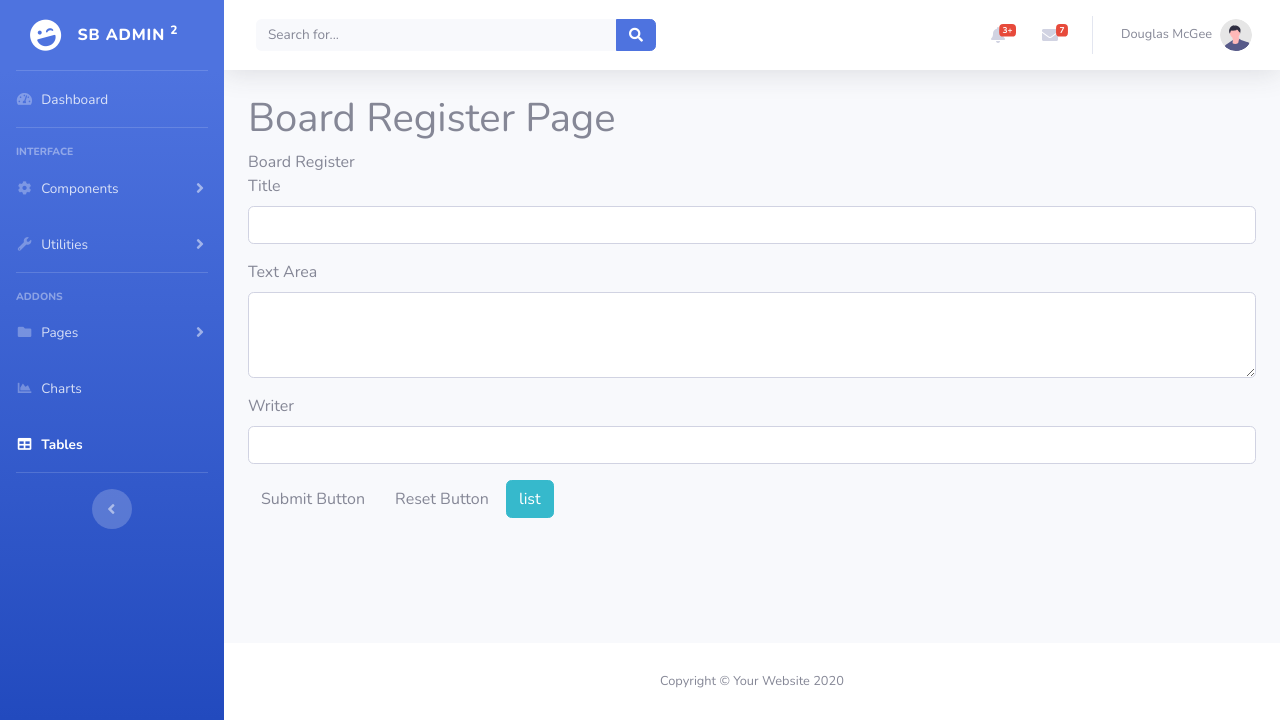
Repository: rlarmsdn2999/SpringWebProject
Page: http://localhost/board2/WEB-INF/views/board/register.jsp
An editor plug-in stored every save of this project. The page is shown before and after the next save, followed by the edit.
The browser window is 1280 px wide. The pictures show the whole page.
The page is served by Tomcat 9. Nobody is signed in. Other server files are loaded and not shown. The template is opened directly, without the code that normally fills it, so the values that code supplies are empty.

Above is the page before, as saved 2023-02-24 07:02:58.

### board2/src/main/webapp/WEB-INF/views/board/register.jsp
<%@ page language="java" contentType="text/html; charset=UTF-8"
pageEncoding="UTF-8" %>
<%@ taglib uri="http://java.sun.com/jsp/jstl/core" prefix="c" %>
<%@ taglib uri="http://java.sun.com/jsp/jstl/fmt" prefix="fmt" %>

<%@include file="../includes/header.jsp" %>

<div class="row">
	<div class="col-lg-12">
		<h1 class="page-header">Board Register Page</h1>
	</div>
</div>

<div class="row">
	<div class="col-lg-12">
		<div class="panel panel-default">
			<div class="panel-heading">Board Register</div>
			<div class="panel-body">
				<form role="form" action="/board/register" method="post">
					<div class="form-group">
						<label>Title</label>
						<input class="form-control" name="title">
					</div>
					<div class="form-group">
						<label>Text Area</label>
						<textarea class="form-control" rows="3" name="content"></textarea>
					</div>
					<div class="form-group">
						<label>Writer</label>
						<input class="form-control" name="writer">
					</div>
					<button type="submit" class="btn btn-default">Submit Button</button>
					<button type="reset" class="btn btn-default">Reset Button</button>
					<button id="listBtn" type="button" class="btn btn-info">list</button>
				</form>
			</div>
		</div>
	</div>
</div>
<script type="text/javascript">
	$(document).ready(function(){
		$("#listBtn").on("click", function(){
			self.location="/board/list";
		});
	});
</script>
<%@include file="../includes/footer.jsp" %>

### board2/src/main/webapp/WEB-INF/views/includes/header.jsp
<%@ page language="java" contentType="text/html; charset=UTF-8" pageEncoding="UTF-8" %>
<!DOCTYPE html PUBLIC "-//W3C//DTD HTML 4.01 Transitional//EN""
http://www.w3.org/TR/html4/loose.dtd">
<html lang="en">

<head>

    <meta charset="utf-8">
    <meta http-equiv="X-UA-Compatible" content="IE=edge">
    <meta name="viewport" content="width=device-width, initial-scale=1, shrink-to-fit=no">
    <meta name="description" content="">
    <meta name="author" content="">

    <title>SB Admin 2 - Tables</title>

    <!-- Custom fonts for this template -->
    <link href="/resources/vendor/fontawesome-free/css/all.min.css" rel="stylesheet" type="text/css">
    <link
        href="https://fonts.googleapis.com/css?family=Nunito:200,200i,300,300i,400,400i,600,600i,700,700i,800,800i,900,900i"
        rel="stylesheet">

    <!-- Custom styles for this template -->
    <link href="/resources/css/sb-admin-2.min.css" rel="stylesheet">

    <!-- Custom styles for this page -->
    <link href="/resources/vendor/datatables/dataTables.bootstrap4.min.css" rel="stylesheet">

</head>

<body id="page-top">

    <!-- Page Wrapper -->
    <div id="wrapper">

        <!-- Sidebar -->
        <ul class="navbar-nav bg-gradient-primary sidebar sidebar-dark accordion" id="accordionSidebar">

            <!-- Sidebar - Brand -->
            <a class="sidebar-brand d-flex align-items-center justify-content-center" href="index.html">
                <div class="sidebar-brand-icon rotate-n-15">
                    <i class="fas fa-laugh-wink"></i>
                </div>
                <div class="sidebar-brand-text mx-3">SB Admin <sup>2</sup></div>
            </a>

            <!-- Divider -->
            <hr class="sidebar-divider my-0">

            <!-- Nav Item - Dashboard -->
            <li class="nav-item">
                <a class="nav-link" href="index.html">
                    <i class="fas fa-fw fa-tachometer-alt"></i>
                    <span>Dashboard</span></a>
            </li>

            <!-- Divider -->
            <hr class="sidebar-divider">

            <!-- Heading -->
            <div class="sidebar-heading">
                Interface
            </div>

            <!-- Nav Item - Pages Collapse Menu -->
            <li class="nav-item">
                <a class="nav-link collapsed" href="#" data-toggle="collapse" data-target="#collapseTwo"
                    aria-expanded="true" aria-controls="collapseTwo">
                    <i class="fas fa-fw fa-cog"></i>
                    <span>Components</span>
                </a>
                <div id="collapseTwo" class="collapse" aria-labelledby="headingTwo" data-parent="#accordionSidebar">
                    <div class="bg-white py-2 collapse-inner rounded">
                        <h6 class="collapse-header">Custom Components:</h6>
                        <a class="collapse-item" href="buttons.html">Buttons</a>
                        <a class="collapse-item" href="cards.html">Cards</a>
                    </div>
                </div>
            </li>

            <!-- Nav Item - Utilities Collapse Menu -->
            <li class="nav-item">
                <a class="nav-link collapsed" href="#" data-toggle="collapse" data-target="#collapseUtilities"
                    aria-expanded="true" aria-controls="collapseUtilities">
                    <i class="fas fa-fw fa-wrench"></i>
                    <span>Utilities</span>
                </a>
                <div id="collapseUtilities" class="collapse" aria-labelledby="headingUtilities"
                    data-parent="#accordionSidebar">
                    <div class="bg-white py-2 collapse-inner rounded">
                        <h6 class="collapse-header">Custom Utilities:</h6>
                        <a class="collapse-item" href="utilities-color.html">Colors</a>
                        <a class="collapse-item" href="utilities-border.html">Borders</a>
                        <a class="collapse-item" href="utilities-animation.html">Animations</a>
                        <a class="collapse-item" href="utilities-other.html">Other</a>
                    </div>
                </div>
            </li>

            <!-- Divider -->
            <hr class="sidebar-divider">

            <!-- Heading -->
            <div class="sidebar-heading">
                Addons
            </div>

            <!-- Nav Item - Pages Collapse Menu -->
            <li class="nav-item">
                <a class="nav-link collapsed" href="#" data-toggle="collapse" data-target="#collapsePages"
                    aria-expanded="true" aria-controls="collapsePages">
                    <i class="fas fa-fw fa-folder"></i>
                    <span>Pages</span>
                </a>
                <div id="collapsePages" class="collapse" aria-labelledby="headingPages" data-parent="#accordionSidebar">
                    <div class="bg-white py-2 collapse-inner rounded">
                        <h6 class="collapse-header">Login Screens:</h6>
                        <a class="collapse-item" href="login.html">Login</a>
                        <a class="collapse-item" href="register.html">Register</a>
                        <a class="collapse-item" href="forgot-password.html">Forgot Password</a>
                        <div class="collapse-divider"></div>
                        <h6 class="collapse-header">Other Pages:</h6>
                        <a class="collapse-item" href="404.html">404 Page</a>
                        <a class="collapse-item" href="blank.html">Blank Page</a>
                    </div>
                </div>
            </li>

            <!-- Nav Item - Charts -->
            <li class="nav-item">
                <a class="nav-link" href="charts.html">
                    <i class="fas fa-fw fa-chart-area"></i>
                    <span>Charts</span></a>
            </li>

            <!-- Nav Item - Tables -->
            <li class="nav-item active">
                <a class="nav-link" href="tables.html">
                    <i class="fas fa-fw fa-table"></i>
                    <span>Tables</span></a>
            </li>

            <!-- Divider -->
            <hr class="sidebar-divider d-none d-md-block">

            <!-- Sidebar Toggler (Sidebar) -->
            <div class="text-center d-none d-md-inline">
                <button class="rounded-circle border-0" id="sidebarToggle"></button>
            </div>

        </ul>
        <!-- End of Sidebar -->

        <!-- Content Wrapper -->
        <div id="content-wrapper" class="d-flex flex-column">

            <!-- Main Content -->
            <div id="content">

                <!-- Topbar -->
                <nav class="navbar navbar-expand navbar-light bg-white topbar mb-4 static-top shadow">

                    <!-- Sidebar Toggle (Topbar) -->
                    <form class="form-inline">
                        <button id="sidebarToggleTop" class="btn btn-link d-md-none rounded-circle mr-3">
                            <i class="fa fa-bars"></i>
                        </button>
                    </form>

                    <!-- Topbar Search -->
                    <form
                        class="d-none d-sm-inline-block form-inline mr-auto ml-md-3 my-2 my-md-0 mw-100 navbar-search">
                        <div class="input-group">
                            <input type="text" class="form-control bg-light border-0 small" placeholder="Search for..."
                                aria-label="Search" aria-describedby="basic-addon2">
                            <div class="input-group-append">
                                <button class="btn btn-primary" type="button">
                                    <i class="fas fa-search fa-sm"></i>
                                </button>
                            </div>
                        </div>
                    </form>

                    <!-- Topbar Navbar -->
                    <ul class="navbar-nav ml-auto">

                        <!-- Nav Item - Search Dropdown (Visible Only XS) -->
                        <li class="nav-item dropdown no-arrow d-sm-none">
                            <a class="nav-link dropdown-toggle" href="#" id="searchDropdown" role="button"
                                data-toggle="dropdown" aria-haspopup="true" aria-expanded="false">
                                <i class="fas fa-search fa-fw"></i>
                            </a>
                            <!-- Dropdown - Messages -->
                            <div class="dropdown-menu dropdown-menu-right p-3 shadow animated--grow-in"
                                aria-labelledby="searchDropdown">
                                <form class="form-inline mr-auto w-100 navbar-search">
                                    <div class="input-group">
                                        <input type="text" class="form-control bg-light border-0 small"
                                            placeholder="Search for..." aria-label="Search"
                                            aria-describedby="basic-addon2">
                                        <div class="input-group-append">
                                            <button class="btn btn-primary" type="button">
                                                <i class="fas fa-search fa-sm"></i>
                                            </button>
                                        </div>
                                    </div>
                                </form>
                            </div>
                        </li>

                        <!-- Nav Item - Alerts -->
                        <li class="nav-item dropdown no-arrow mx-1">
                            <a class="nav-link dropdown-toggle" href="#" id="alertsDropdown" role="button"
                                data-toggle="dropdown" aria-haspopup="true" aria-expanded="false">
                                <i class="fas fa-bell fa-fw"></i>
                                <!-- Counter - Alerts -->
                                <span class="badge badge-danger badge-counter">3+</span>
                            </a>
                            <!-- Dropdown - Alerts -->
                            <div class="dropdown-list dropdown-menu dropdown-menu-right shadow animated--grow-in"
                                aria-labelledby="alertsDropdown">
                                <h6 class="dropdown-header">
                                    Alerts Center
                                </h6>
                                <a class="dropdown-item d-flex align-items-center" href="#">
                                    <div class="mr-3">
                                        <div class="icon-circle bg-primary">
                                            <i class="fas fa-file-alt text-white"></i>
                                        </div>
                                    </div>
                                    <div>
                                        <div class="small text-gray-500">December 12, 2019</div>
                                        <span class="font-weight-bold">A new monthly report is ready to download!</span>
                                    </div>
                                </a>
                                <a class="dropdown-item d-flex align-items-center" href="#">
                                    <div class="mr-3">
                                        <div class="icon-circle bg-success">
                                            <i class="fas fa-donate text-white"></i>
                                        </div>
                                    </div>
                                    <div>
                                        <div class="small text-gray-500">December 7, 2019</div>
                                        $290.29 has been deposited into your account!
                                    </div>
                                </a>
                                <a class="dropdown-item d-flex align-items-center" href="#">
                                    <div class="mr-3">
                                        <div class="icon-circle bg-warning">
                                            <i class="fas fa-exclamation-triangle text-white"></i>
                                        </div>
                                    </div>
                                    <div>
                                        <div class="small text-gray-500">December 2, 2019</div>
                                        Spending Alert: We've noticed unusually high spending for your account.
                                    </div>
                                </a>
                                <a class="dropdown-item text-center small text-gray-500" href="#">Show All Alerts</a>
                            </div>
                        </li>

                        <!-- Nav Item - Messages -->
                        <li class="nav-item dropdown no-arrow mx-1">
                            <a class="nav-link dropdown-toggle" href="#" id="messagesDropdown" role="button"
                                data-toggle="dropdown" aria-haspopup="true" aria-expanded="false">
                                <i class="fas fa-envelope fa-fw"></i>
                                <!-- Counter - Messages -->
                                <span class="badge badge-danger badge-counter">7</span>
                            </a>
                            <!-- Dropdown - Messages -->
                            <div class="dropdown-list dropdown-menu dropdown-menu-right shadow animated--grow-in"
                                aria-labelledby="messagesDropdown">
                                <h6 class="dropdown-header">
                                    Message Center
                                </h6>
                                <a class="dropdown-item d-flex align-items-center" href="#">
                                    <div class="dropdown-list-image mr-3">
                                        <img class="rounded-circle" src="/resources/img/undraw_profile_1.svg"
                                            alt="...">
                                        <div class="status-indicator bg-success"></div>
                                    </div>
                                    <div class="font-weight-bold">
                                        <div class="text-truncate">Hi there! I am wondering if you can help me with a
                                            problem I've been having.</div>
                                        <div class="small text-gray-500">Emily Fowler · 58m</div>
                                    </div>
                                </a>
                                <a class="dropdown-item d-flex align-items-center" href="#">
                                    <div class="dropdown-list-image mr-3">
                                        <img class="rounded-circle" src="/resources/img/undraw_profile_2.svg"
                                            alt="...">
                                        <div class="status-indicator"></div>
                                    </div>
                                    <div>
                                        <div class="text-truncate">I have the photos that you ordered last month, how
                                            would you like them sent to you?</div>
                                        <div class="small text-gray-500">Jae Chun · 1d</div>
                                    </div>
                                </a>
                                <a class="dropdown-item d-flex align-items-center" href="#">
                                    <div class="dropdown-list-image mr-3">
                                        <img class="rounded-circle" src="/resources/img/undraw_profile_3.svg"
                                            alt="...">
                                        <div class="status-indicator bg-warning"></div>
                                    </div>
                                    <div>
                                        <div class="text-truncate">Last month's report looks great, I am very happy with
                                            the progress so far, keep up the good work!</div>
                                        <div class="small text-gray-500">Morgan Alvarez · 2d</div>
                                    </div>
                                </a>
                                <a class="dropdown-item d-flex align-items-center" href="#">
                                    <div class="dropdown-list-image mr-3">
                                        <img class="rounded-circle" src="https://source.unsplash.com/Mv9hjnEUHR4/60x60"
                                            alt="...">
                                        <div class="status-indicator bg-success"></div>
                                    </div>
                                    <div>
                                        <div class="text-truncate">Am I a good boy? The reason I ask is because someone
                                            told me that people say this to all dogs, even if they aren't good...</div>
                                        <div class="small text-gray-500">Chicken the Dog · 2w</div>
                                    </div>
                                </a>
                                <a class="dropdown-item text-center small text-gray-500" href="#">Read More Messages</a>
                            </div>
                        </li>

                        <div class="topbar-divider d-none d-sm-block"></div>

                        <!-- Nav Item - User Information -->
                        <li class="nav-item dropdown no-arrow">
                            <a class="nav-link dropdown-toggle" href="#" id="userDropdown" role="button"
                                data-toggle="dropdown" aria-haspopup="true" aria-expanded="false">
                                <span class="mr-2 d-none d-lg-inline text-gray-600 small">Douglas McGee</span>
                                <img class="img-profile rounded-circle"
                                    src="/resources/img/undraw_profile.svg">
                            </a>
                            <!-- Dropdown - User Information -->
                            <div class="dropdown-menu dropdown-menu-right shadow animated--grow-in"
                                aria-labelledby="userDropdown">
                                <a class="dropdown-item" href="#">
                                    <i class="fas fa-user fa-sm fa-fw mr-2 text-gray-400"></i>
                                    Profile
                                </a>
                                <a class="dropdown-item" href="#">
                                    <i class="fas fa-cogs fa-sm fa-fw mr-2 text-gray-400"></i>
                                    Settings
                                </a>
                                <a class="dropdown-item" href="#">
                                    <i class="fas fa-list fa-sm fa-fw mr-2 text-gray-400"></i>
                                    Activity Log
                                </a>
                                <div class="dropdown-divider"></div>
                                <a class="dropdown-item" href="#" data-toggle="modal" data-target="#logoutModal">
                                    <i class="fas fa-sign-out-alt fa-sm fa-fw mr-2 text-gray-400"></i>
                                    Logout
                                </a>
                            </div>
                        </li>

                    </ul>

                </nav>
                <!-- End of Topbar -->

                <!-- Begin Page Content -->
                <div class="container-fluid">
                <script src="https://ajax.googleapis.com/ajax/libs/jquery/3.3.1/jquery.min.js"></script>

### board2/src/main/webapp/WEB-INF/views/includes/footer.jsp
</div>
                <!-- /.container-fluid -->

            </div>
            <!-- End of Main Content -->

            <!-- Footer -->
            <footer class="sticky-footer bg-white">
                <div class="container my-auto">
                    <div class="copyright text-center my-auto">
                        <span>Copyright &copy; Your Website 2020</span>
                    </div>
                </div>
            </footer>
            <!-- End of Footer -->

        </div>
        <!-- End of Content Wrapper -->

    </div>
    <!-- End of Page Wrapper -->

    <!-- Scroll to Top Button-->
    <a class="scroll-to-top rounded" href="#page-top">
        <i class="fas fa-angle-up"></i>
    </a>

    <!-- Logout Modal-->
    <div class="modal fade" id="logoutModal" tabindex="-1" role="dialog" aria-labelledby="exampleModalLabel"
        aria-hidden="true">
        <div class="modal-dialog" role="document">
            <div class="modal-content">
                <div class="modal-header">
                    <h5 class="modal-title" id="exampleModalLabel">Ready to Leave?</h5>
                    <button class="close" type="button" data-dismiss="modal" aria-label="Close">
                        <span aria-hidden="true">×</span>
                    </button>
                </div>
                <div class="modal-body">Select "Logout" below if you are ready to end your current session.</div>
                <div class="modal-footer">
                    <button class="btn btn-secondary" type="button" data-dismiss="modal">Cancel</button>
                    <a class="btn btn-primary" href="login.html">Logout</a>
                </div>
            </div>
        </div>
    </div>

    <!-- Bootstrap core JavaScript-->
    <script src="/resources/vendor/jquery/jquery.min.js"></script>
    <script src="/resources/vendor/bootstrap/js/bootstrap.bundle.min.js"></script>

    <!-- Core plugin JavaScript-->
    <script src="/resources/vendor/jquery-easing/jquery.easing.min.js"></script>

    <!-- Custom scripts for all pages-->
    <script src="/resources/js/sb-admin-2.min.js"></script>

    <!-- Page level plugins -->
    <script src="/resources/vendor/datatables/jquery.dataTables.min.js"></script>
    <script src="/resources/vendor/datatables/dataTables.bootstrap4.min.js"></script>

    <!-- Page level custom scripts -->
    <script src="/resources/js/demo/datatables-demo.js"></script>
	<script>
		$(document).ready(function(){
			$('#dataTables-example').DataTable({
				responsive:true
			});
			$(".sidebar-nav")
			.attr("class","sidebar-nav navbar-collapse collapse")
			.attr("aria-expanded",'false')
			.attr("style","height:1px");
		});
	</script>
</body>

</html>

Loaded but not shown: board2/src/main/webapp/resources/css/sb-admin-2.min.css (library); board2/src/main/webapp/resources/js/sb-admin-2.min.js (common file); board2/src/main/webapp/resources/js/demo/datatables-demo.js (common file); board2/src/main/webapp/resources/img/undraw_profile.svg (38 lines, source omitted); board2/src/main/webapp/resources/img/undraw_profile_3.svg (47 lines, source omitted); board2/src/main/webapp/resources/img/undraw_profile_2.svg (44 lines, source omitted); board2/src/main/webapp/resources/img/undraw_profile_1.svg (38 lines, source omitted)

After the next save:
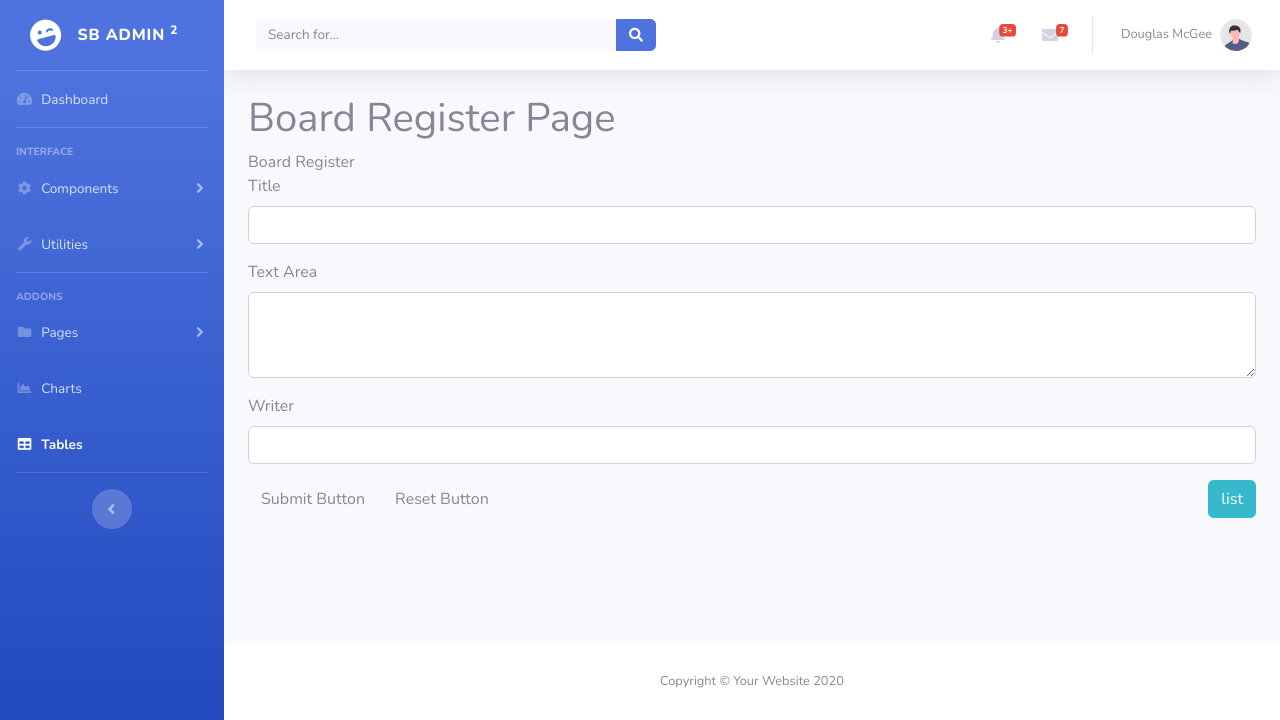
Saved 102 s later.
--- a/board2/src/main/webapp/WEB-INF/views/board/register.jsp
+++ b/board2/src/main/webapp/WEB-INF/views/board/register.jsp
@@ -31,7 +31,7 @@ pageEncoding="UTF-8" %>
 					</div>
 					<button type="submit" class="btn btn-default">Submit Button</button>
 					<button type="reset" class="btn btn-default">Reset Button</button>
-					<button id="listBtn" type="button" class="btn btn-info">list</button>
+					<button id="listBtn" type="button" class="btn btn-info" style="float:right">list</button>
 				</form>
 			</div>
 		</div>
